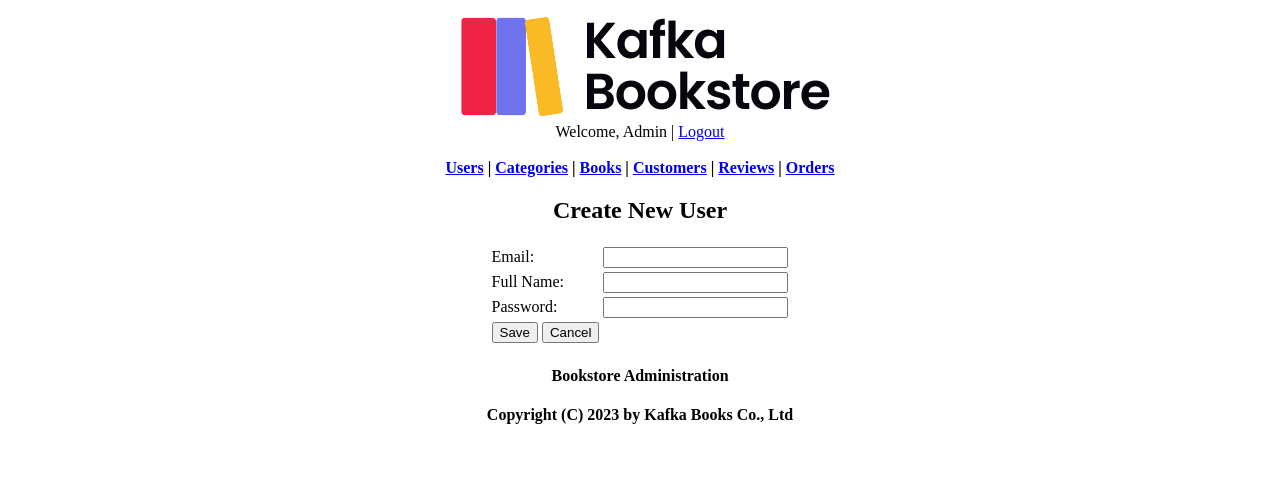
Repository: janvi2502/BookStore
Page: http://localhost/BookStoreWebsite/admin/user_form.jsp
An editor plug-in stored every save of this project. The page is shown before and after a run of saves, followed by the edit.
The browser window is 1280 px wide. The pictures show the whole page.
The page is served by Tomcat 10. Other server files are loaded and not shown.

Above is the page before, as saved 2023-10-25 14:06:56.

### BookStoreWebsite/WebContent/admin/user_form.jsp
<%@ page language="java" contentType="text/html; charset=UTF-8"
	pageEncoding="UTF-8"%>
<!DOCTYPE html>
<html>
<head>
<meta charset="UTF-8">
<title>Create New User</title>
</head>
<body>
	<jsp:directive.include file="header.jsp" />
	<div align="center">
		<h2>Create New User</h2>
	</div>

	<div align="center">
		<form action="create_user" method="post">
			<table>
				<tr>
					<td>Email:</td>
					<td><input type="text" name="email" size="20" /></td>
				</tr>
				<tr>
					<td>Full Name:</td>
					<td><input type="text" name="fullname" size="20" /></td>
				</tr>
				<tr>
					<td>Password:</td>
					<td><input type="password" name="password" size="20" /></td>
				</tr>
				<tr>
					<td>
						<input type="submit" value="Save"/>
						<input type="button" value="Cancel"/>
					</td>
				</tr>
			</table>
		</form>
	</div>

	<jsp:directive.include file="footer.jsp" />
</body>
</html>

### BookStoreWebsite/WebContent/admin/header.jsp
<div align="center">
	<div>
		<img src="../images/Kafka2.png" />
	</div>

	<div>
		Welcome, Admin | <a href="logout">Logout</a>
		<br/><br/>
	</div>
	<div>
		<b> <a href="list_users">Users</a> | <a href="categories">Categories</a>
			| <a href="books">Books</a> | <a href="customer">Customers</a> | <a
			href="reviews">Reviews</a> | <a href="orders">Orders</a>
		</b>
	</div>
</div>

### BookStoreWebsite/WebContent/admin/footer.jsp
<div align="center">
	<h4>Bookstore Administration</h4>
	<h4>Copyright (C) 2023 by Kafka Books Co., Ltd</h4>
</div>

After the next 2 saves:
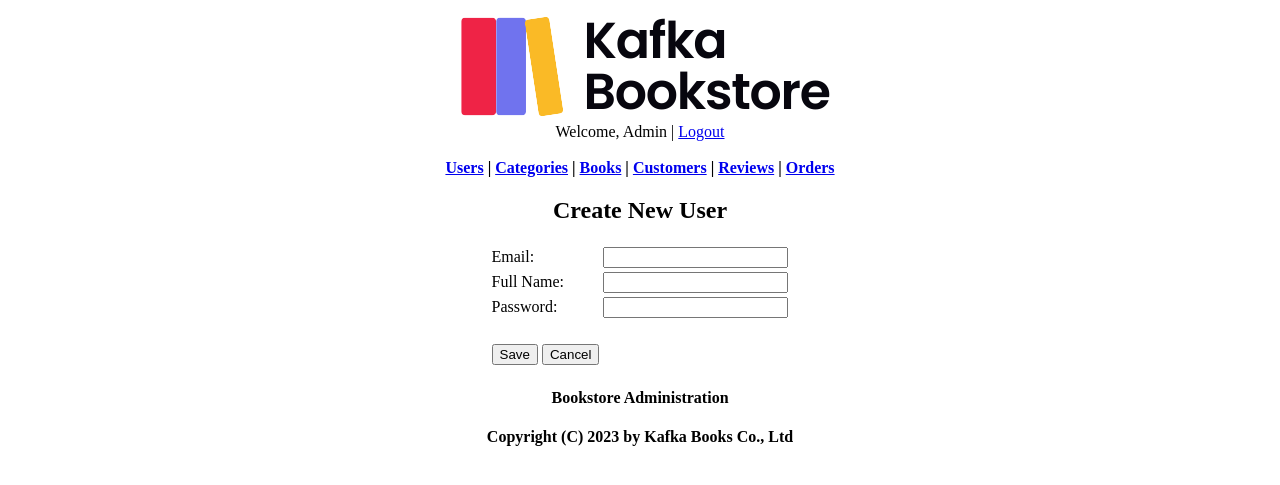
The 2 saves are shown as one change because they came seconds apart.
The last was saved 39 s later.
--- a/BookStoreWebsite/WebContent/admin/user_form.jsp
+++ b/BookStoreWebsite/WebContent/admin/user_form.jsp
@@ -27,6 +27,7 @@
 					<td>Password:</td>
 					<td><input type="password" name="password" size="20" /></td>
 				</tr>
+				<tr><td>&nbsp;</td></tr>
 				<tr>
 					<td>
 						<input type="submit" value="Save"/>
